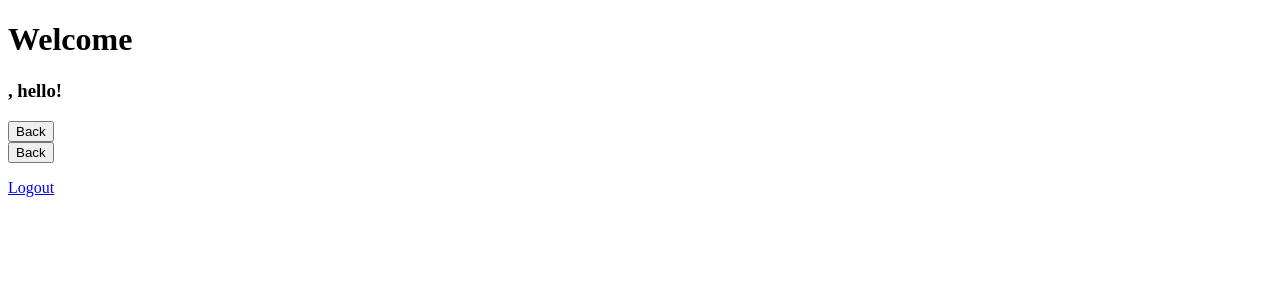
Repository: SvetlanaK367/TrainingJAVA
Page: http://localhost/FinalProject/jsp/main.jsp
The author's editor kept a copy of each file at every save. The page is drawn from the files as they stood at one save, then again after the next save.
The browser window is 1280 px wide. The pictures show the whole page.
The page is served by Tomcat 9.

Above is the page before, as saved 2017-04-02 18:55:56.

After the next save:
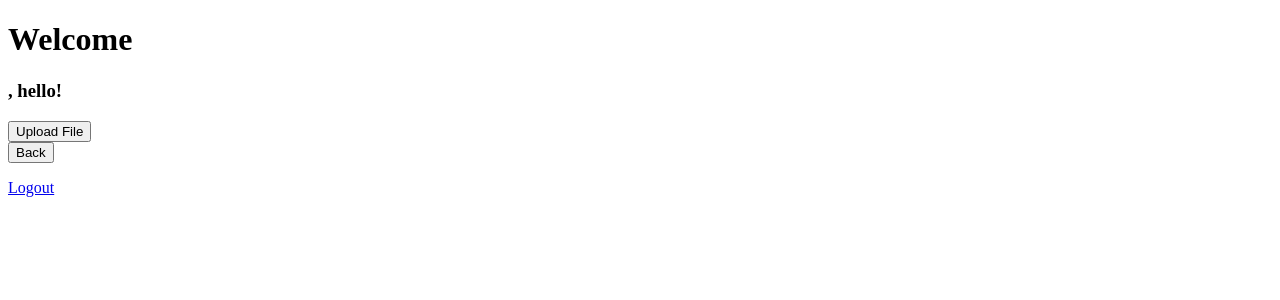
Saved 29 s later.
--- a/FinalProject/WebContent/jsp/main.jsp
+++ b/FinalProject/WebContent/jsp/main.jsp
@@ -13,7 +13,7 @@
 	<div class="container">
 	<div class="alert alert-success" role="alert">
 		<form action="fileUpload.jsp">
-			<input class="btn btn-primary" type="submit" value="Back">
+			<input class="btn btn-primary" type="submit" value="Upload File">
 		</form>
 	</div>
 		<form action="index.jsp">
